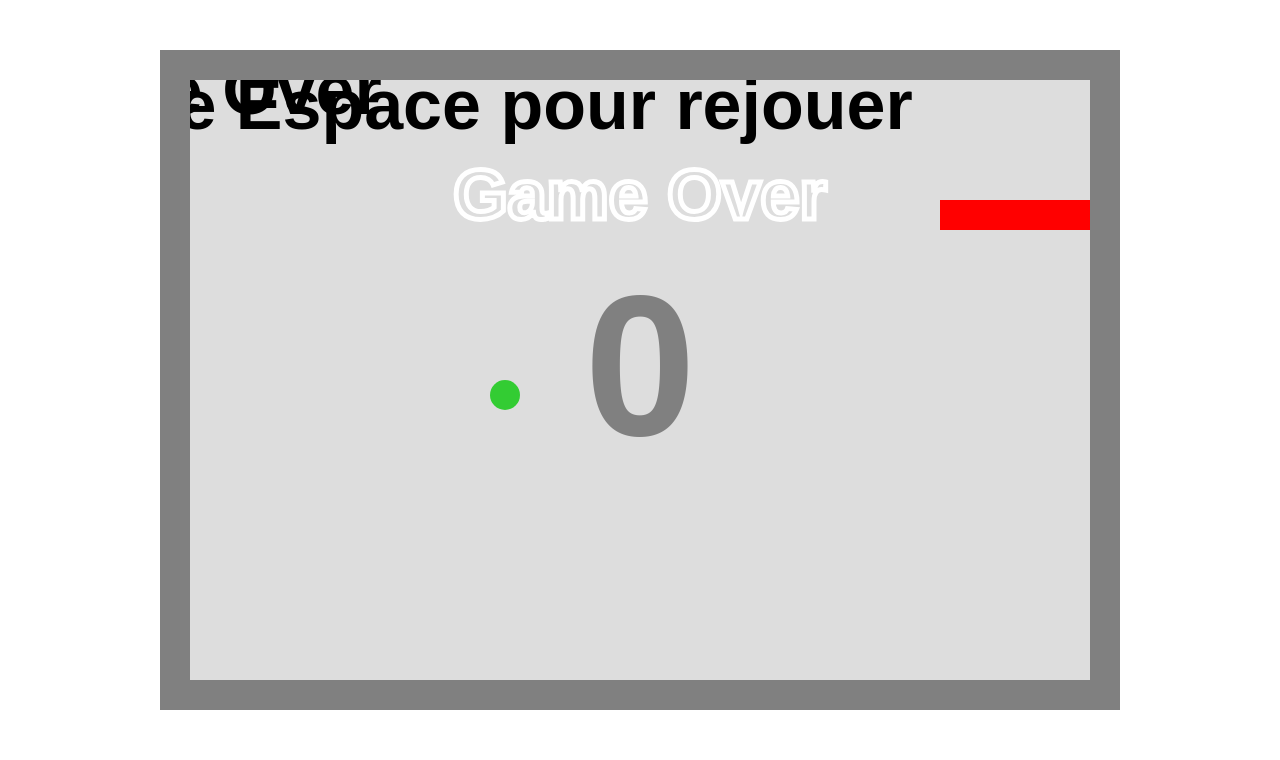
Repository: 0Memo/serpent
Page: index.html
These files come from the project's save history. The page is drawn as it stood at one moment and after the next save; the edit follows.
The browser window is 1280 px wide. The pictures show the whole page.

Above is the page before, as saved 2020-12-16 22:21:23.

After the next save:
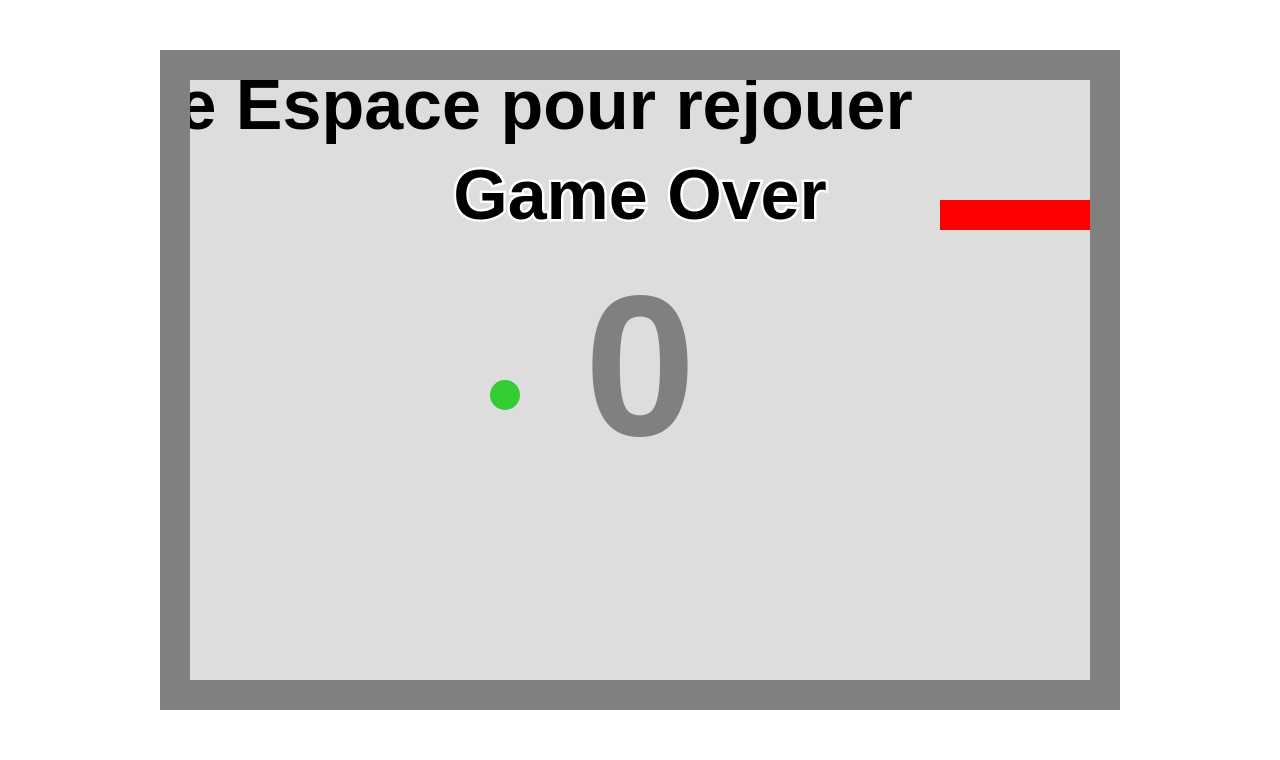
Saved 20 s later.
--- a/js/script.js
+++ b/js/script.js
@@ -66,7 +66,7 @@ window.onload = function(){
         var centreX = canvasWidth / 2;
         var centreY = canvasHeight / 2;
         ctx.strokeText("Game Over", centreX, centreY - 180);
-        ctx.fillText("Game Over", 5, 15);
+        ctx.fillText("Game Over", centreX, centreY - 180);
         ctx.fillText("Appuyer sur la touche Espace pour rejouer", 5, 30);
         ctx.restore();
     }
